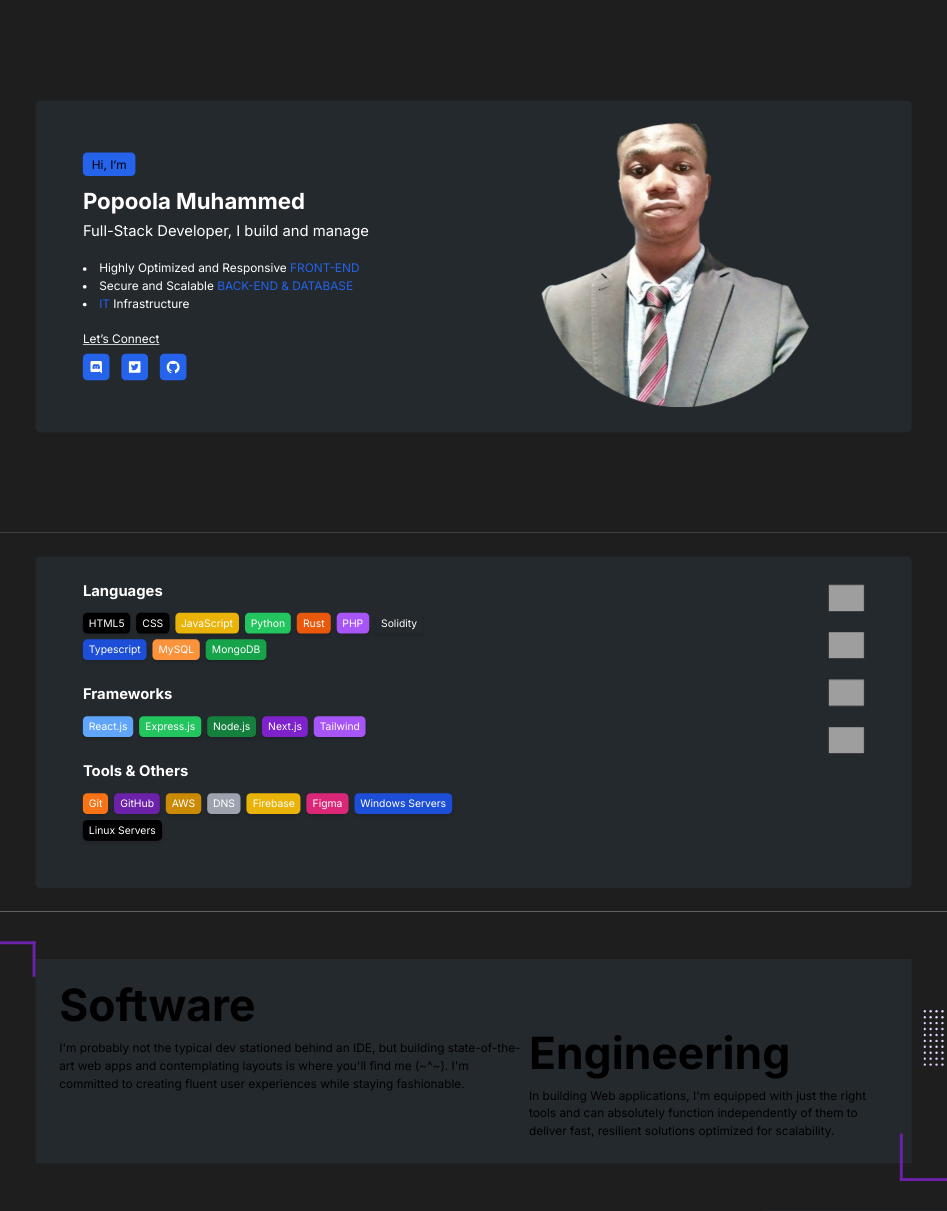
Repository: muhammedctgr/hammedctgr
Page: /
These files come from the project's save history. The page is drawn as it stood at one moment and after the next save; the edit follows.
The browser window is 1280 px wide. The pictures show the whole page, at 74% of full size.
Pictures or frames that could not be fetched are drawn as grey boxes. The project was rebuilt for these pictures with package versions that can differ from the ones it lists, and the page was loaded fresh each time. The framework's server and built-in components were replaced by stand-ins that run in the browser. Also part of the build but not shown: next.config.mjs.

Above is the page before, as saved 2024-08-04 22:36:58.

After the next save:
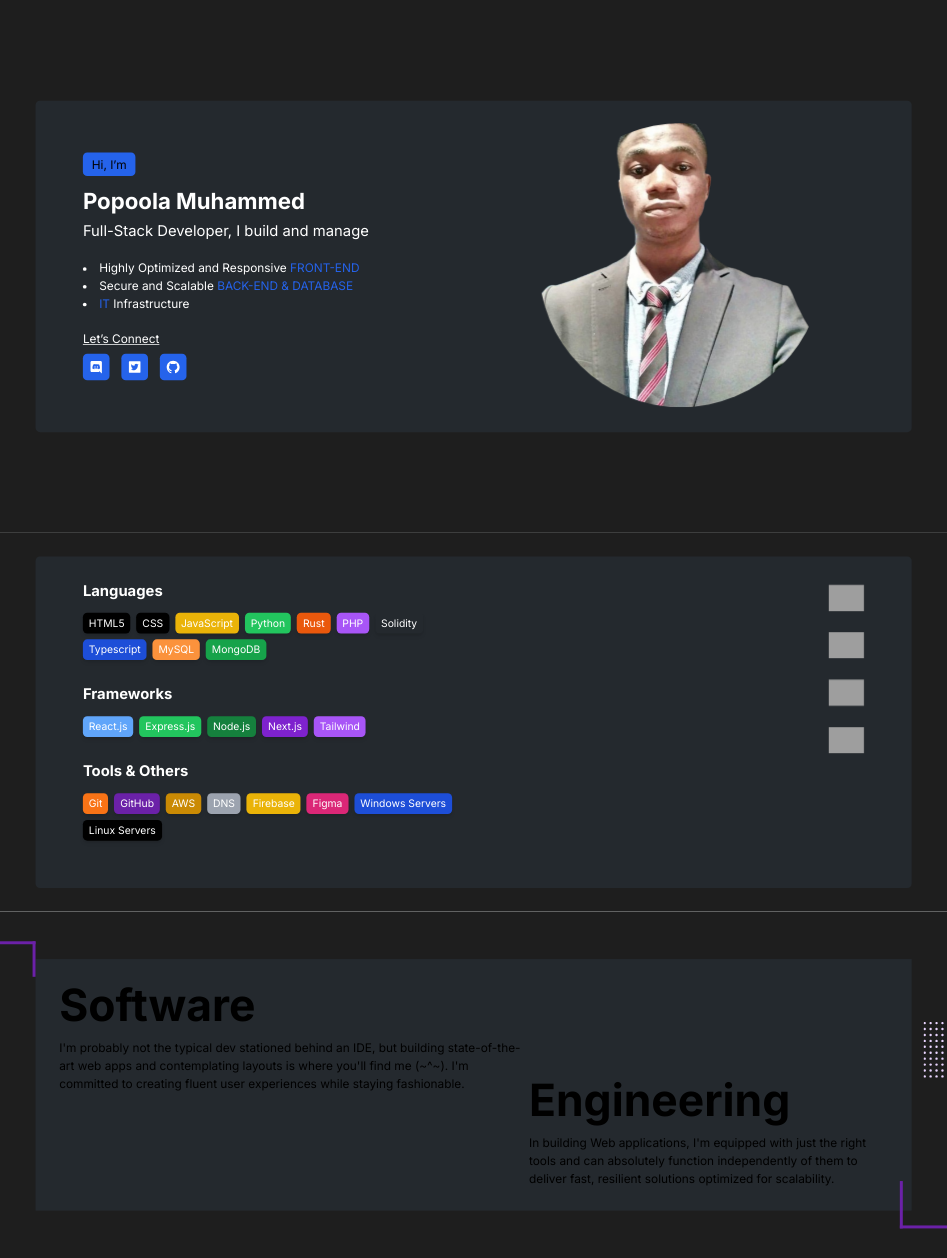
Saved 11 s later.
--- a/components/SummarySection.tsx
+++ b/components/SummarySection.tsx
@@ -12,7 +12,7 @@ const SummarySection: FC = () => {
         I'm probably not the typical dev stationed behind an IDE, but building state-of-the-art web apps and contemplating layouts is where you'll find me (~^~). I'm committed to creating fluent user experiences while staying fashionable.
       </p>
     </div>
-    <div className=" md:mt-16">
+    <div className=" md:mt-32">
       <div className="mb-4">
         <span className="text-4xl md:text-6xl font-bold">Engineering</span>
       </div>
